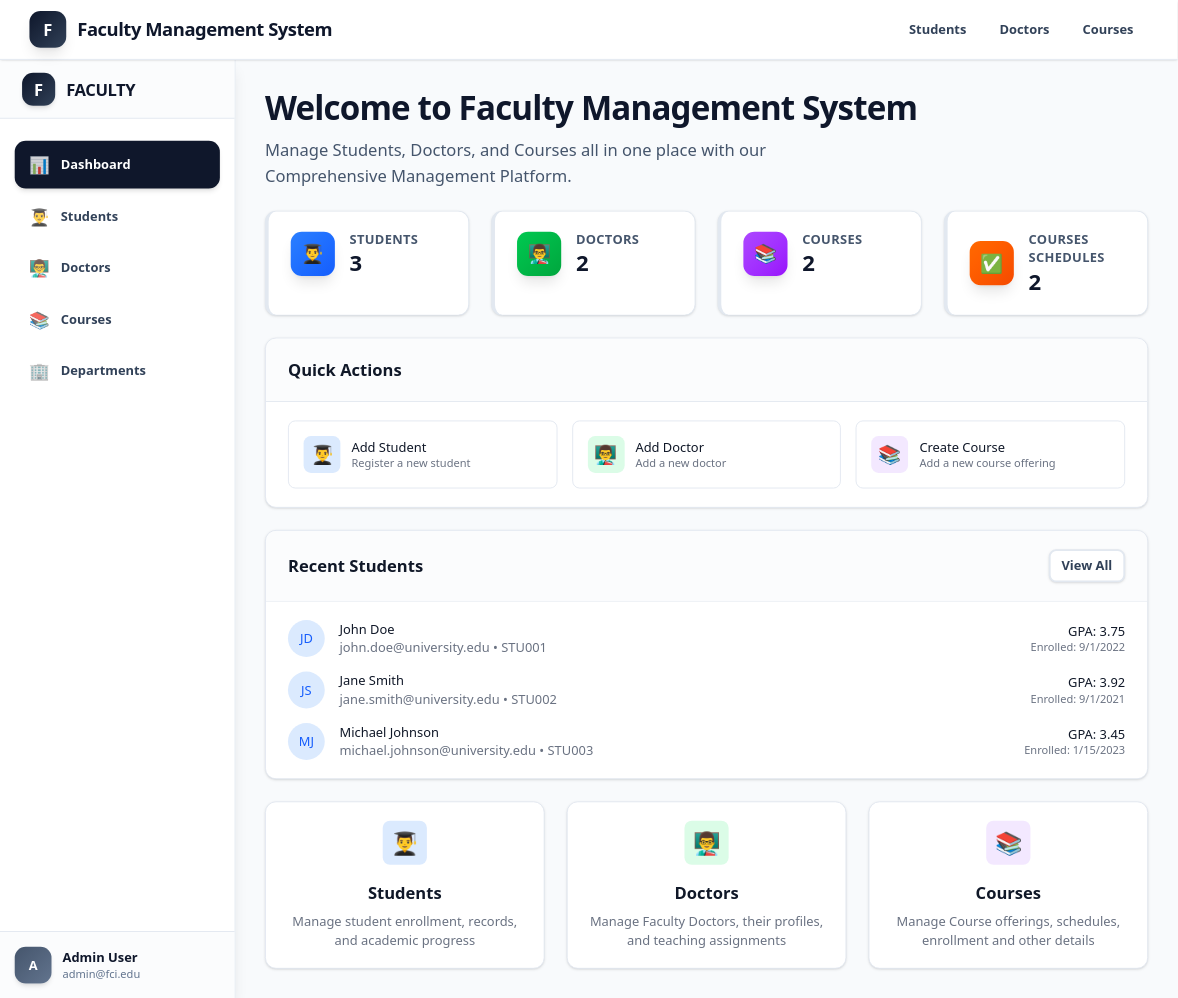
Repository: Mohamedmohsen179/Advanced-DB-Task
Page: / (app in frontend/)
These files come from the project's save history. The page is drawn as it stood at one moment and after the next save; the edit follows.
The browser window is 1280 px wide. The pictures show the whole page, at 92% of full size.
The project was rebuilt for these pictures with package versions that can differ from the ones it lists, and the page was loaded fresh each time. The framework's server and built-in components were replaced by stand-ins that run in the browser. Settings that the repository does not hold, such as keys and server addresses, were given made-up values. Also part of the build but not shown: frontend/next.config.ts.

Above is the page before, as saved 2025-11-28 21:31:30.

### frontend/app/layout.tsx
import type { Metadata } from "next";
import { Geist, Geist_Mono } from "next/font/google";
import "./globals.css";
import MainLayout from "../components/layout/MainLayout";

const geistSans = Geist({
  variable: "--font-geist-sans",
  subsets: ["latin"],
});

const geistMono = Geist_Mono({
  variable: "--font-geist-mono",
  subsets: ["latin"],
});

export const metadata: Metadata = {
  title: "University Management System",
  description: "A comprehensive university management system built with Next.js and TypeScript",
};

export default function RootLayout({
  children,
}: Readonly<{
  children: React.ReactNode;
}>) {
  return (
    <html lang="en">
      <body
        className={`${geistSans.variable} ${geistMono.variable} antialiased`}
      >
        <MainLayout>{children}</MainLayout>
      </body>
    </html>
  );
}

### frontend/app/page.tsx
'use client';

import { useState, useEffect } from 'react';
import Link from 'next/link';
import { Student, CourseWithSchedule } from '../types';
import { apiService } from '../services/api';
import { Card, CardContent, CardHeader } from '../components/ui/Card';
import Button from '../components/ui/Button';

export default function Home() {
  const [stats, setStats] = useState({
    studentsCount: 0,
    doctorsCount: 0,
    coursesCount: 0,
    activeCoursesCount: 0,
  });
  const [recentStudents, setRecentStudents] = useState<Student[]>([]);
  const [loading, setLoading] = useState(true);

  useEffect(() => {
    loadDashboardData();
  }, []);

  const loadDashboardData = async () => {
    try {
      setLoading(true);

      // Load all data in parallel
      const [studentsResponse, doctorsResponse, coursesResponse] = await Promise.all([
        apiService.getStudents(),
        apiService.getDoctors(),
        apiService.getCourses(),
      ]);

      if (studentsResponse.success && doctorsResponse.success && coursesResponse.success) {
        setStats({
          studentsCount: studentsResponse.data.length,
          doctorsCount: doctorsResponse.data.length,
          coursesCount: coursesResponse.data.length,
          activeCoursesCount: coursesResponse.data.filter((course: CourseWithSchedule) => course.status === 'active').length,
        });

        // Get recent students (last 3)
        setRecentStudents(studentsResponse.data.slice(0, 3));
      }
    } catch (err) {
      console.error('Error loading dashboard data:', err);
    } finally {
      setLoading(false);
    }
  };

  if (loading) {
    return (
      <div className="flex items-center justify-center py-12">
        <div className="animate-spin rounded-full h-8 w-8 border-b-2 border-blue-600"></div>
        <span className="ml-2 text-gray-600">Loading dashboard...</span>
      </div>
    );
  }

  return (
    <div className="space-y-6">
      {/* Welcome Header */}
      <div className="text-center lg:text-left">
        <h1 className="text-4xl font-bold text-slate-900 tracking-tight">Welcome to Faculty Management System</h1>
        <p className="mt-3 text-lg text-slate-600 max-w-2xl">
          Manage Students, Doctors, and Courses all in one place with our Comprehensive Management Platform.
        </p>
      </div>

      {/* Stats Cards */}
      <div className="grid grid-cols-1 md:grid-cols-2 lg:grid-cols-4 gap-6">
        <Card className="hover:shadow-lg transition-all duration-300 border-l-4 border-l-blue-500">
          <CardContent className="p-6">
            <div className="flex items-center">
              <div className="flex-shrink-0">
                <div className="w-12 h-12 bg-gradient-to-br from-blue-500 to-blue-600 rounded-xl flex items-center justify-center shadow-lg">
                  <span className="text-white text-xl">👨‍🎓</span>
                </div>
              </div>
              <div className="ml-4">
                <p className="text-sm font-semibold text-slate-600 uppercase tracking-wide">Students</p>
                <p className="text-2xl font-bold text-slate-900">{stats.studentsCount}</p>
              </div>
            </div>
          </CardContent>
        </Card>

        <Card className="hover:shadow-lg transition-all duration-300 border-l-4 border-l-green-500">
          <CardContent className="p-6">
            <div className="flex items-center">
              <div className="flex-shrink-0">
                <div className="w-12 h-12 bg-gradient-to-br from-green-500 to-green-600 rounded-xl flex items-center justify-center shadow-lg">
                  <span className="text-white text-xl">👨‍🏫</span>
                </div>
              </div>
              <div className="ml-4">
                <p className="text-sm font-semibold text-slate-600 uppercase tracking-wide">Doctors</p>
                <p className="text-2xl font-bold text-slate-900">{stats.doctorsCount}</p>
              </div>
            </div>
          </CardContent>
        </Card>

        <Card className="hover:shadow-lg transition-all duration-300 border-l-4 border-l-purple-500">
          <CardContent className="p-6">
            <div className="flex items-center">
              <div className="flex-shrink-0">
                <div className="w-12 h-12 bg-gradient-to-br from-purple-500 to-purple-600 rounded-xl flex items-center justify-center shadow-lg">
                  <span className="text-white text-xl">📚</span>
                </div>
              </div>
              <div className="ml-4">
                <p className="text-sm font-semibold text-slate-600 uppercase tracking-wide">Courses</p>
                <p className="text-2xl font-bold text-slate-900">{stats.coursesCount}</p>
              </div>
            </div>
          </CardContent>
        </Card>

        <Card className="hover:shadow-lg transition-all duration-300 border-l-4 border-l-orange-500">
          <CardContent className="p-6">
            <div className="flex items-center">
              <div className="flex-shrink-0">
                <div className="w-12 h-12 bg-gradient-to-br from-orange-500 to-orange-600 rounded-xl flex items-center justify-center shadow-lg">
                  <span className="text-white text-xl">✅</span>
                </div>
              </div>
              <div className="ml-4">
                <p className="text-sm font-semibold text-slate-600 uppercase tracking-wide">Courses Schedules</p>
                <p className="text-2xl font-bold text-slate-900">{stats.activeCoursesCount}</p>
              </div>
            </div>
          </CardContent>
        </Card>
      </div>

      {/* Quick Actions */}
      <Card>
        <CardHeader>
          <h2 className="text-lg font-semibold text-gray-900 ">Quick Actions</h2>
        </CardHeader>
        <CardContent>
          <div className="grid grid-cols-1 md:grid-cols-3 gap-4 ">
            <Link href="/students/new">
              <div className="p-4 border border-gray-200 rounded-lg hover:bg-gray-50 transition-colors cursor-pointer">
                <div className="flex items-center">
                  <div className="w-10 h-10 bg-blue-100 rounded-lg flex items-center justify-center">
                    <span className="text-blue-600 text-xl " >👨‍🎓</span>
                  </div>
                  <div className="ml-3">
                    <h3 className="text-sm font-medium text-gray-900">Add Student</h3>
                    <p className="text-xs text-gray-500">Register a new student</p>
                  </div>
                </div>
              </div>
            </Link>

            <Link href="/doctors/new">
              <div className="p-4 border border-gray-200 rounded-lg hover:bg-gray-50 transition-colors cursor-pointer">
                <div className="flex items-center">
                  <div className="w-10 h-10 bg-green-100 rounded-lg flex items-center justify-center">
                    <span className="text-green-600 text-xl">👨‍🏫</span>
                  </div>
                  <div className="ml-3">
                    <h3 className="text-sm font-medium text-gray-900">Add Doctor</h3>
                    <p className="text-xs text-gray-500">Add a new doctor</p>
                  </div>
                </div>
              </div>
            </Link>

            <Link href="/courses/new">
              <div className="p-4 border border-gray-200 rounded-lg hover:bg-gray-50 transition-colors cursor-pointer">
                <div className="flex items-center">
                  <div className="w-10 h-10 bg-purple-100 rounded-lg flex items-center justify-center">
                    <span className="text-purple-600 text-xl">📚</span>
                  </div>
                  <div className="ml-3">
                    <h3 className="text-sm font-medium text-gray-900">Create Course</h3>
                    <p className="text-xs text-gray-500">Add a new course offering</p>
                  </div>
                </div>
              </div>
            </Link>
          </div>
        </CardContent>
      </Card>

      {/* Recent Students */}
      {recentStudents.length > 0 && (
        <Card>
          <CardHeader>
            <div className="flex items-center justify-between">
              <h2 className="text-lg font-semibold text-gray-900">Recent Students</h2>
              <Link href="/students">
                <Button variant="outline" size="sm">View All</Button>
              </Link>
            </div>
          </CardHeader>
          <CardContent>
            <div className="space-y-4">
              {recentStudents.map((student) => (
                <div key={student.id} className="flex items-center justify-between">
                  <div className="flex items-center">
                    <div className="flex-shrink-0 h-10 w-10">
                      <div className="h-10 w-10 rounded-full bg-blue-100 flex items-center justify-center">
                        <span className="text-blue-600 font-medium text-sm">
                          {student.firstName.charAt(0)}{student.lastName.charAt(0)}
                        </span>
                      </div>
                    </div>
                    <div className="ml-4">
                      <div className="text-sm font-medium text-gray-900">
                        {student.firstName} {student.lastName}
                      </div>
                      <div className="text-sm text-gray-500">
                        {student.email} • {student.studentId}
                      </div>
                    </div>
                  </div>
                  <div className="text-right">
                    <div className="text-sm text-gray-900">
                      {student.gpa ? `GPA: ${student.gpa.toFixed(2)}` : 'No GPA'}
                    </div>
                    <div className="text-xs text-gray-500">
                      Enrolled: {new Date(student.enrollmentDate).toLocaleDateString()}
                    </div>
                  </div>
                </div>
              ))}
            </div>
          </CardContent>
        </Card>
      )}

      {/* Navigation Cards */}
      <div className="grid grid-cols-1 md:grid-cols-3 gap-6">
        <Link href="/students">
          <Card className="hover:shadow-md transition-shadow cursor-pointer">
            <CardContent className="p-6 text-center">
              <div className="w-12 h-12 bg-blue-100 rounded-lg flex items-center justify-center mx-auto mb-4">
                <span className="text-blue-600 text-2xl">👨‍🎓</span>
              </div>
              <h3 className="text-lg font-semibold text-gray-900 mb-2">Students</h3>
              <p className="text-sm text-gray-500">
                Manage student enrollment, records, and academic progress
              </p>
            </CardContent>
          </Card>
        </Link>

        <Link href="/doctors">
          <Card className="hover:shadow-md transition-shadow cursor-pointer">
            <CardContent className="p-6 text-center">
              <div className="w-12 h-12 bg-green-100 rounded-lg flex items-center justify-center mx-auto mb-4">
                <span className="text-green-600 text-2xl">👨‍🏫</span>
              </div>
              <h3 className="text-lg font-semibold text-gray-900 mb-2">Doctors</h3>
              <p className="text-sm text-gray-500">
                Manage Faculty Doctors, their profiles, and teaching assignments
              </p>
            </CardContent>
          </Card>
        </Link>

        <Link href="/courses">
          <Card className="hover:shadow-md transition-shadow cursor-pointer">
            <CardContent className="p-6 text-center">
              <div className="w-12 h-12 bg-purple-100 rounded-lg flex items-center justify-center mx-auto mb-4">
                <span className="text-purple-600 text-2xl">📚</span>
              </div>
              <h3 className="text-lg font-semibold text-gray-900 mb-2">Courses</h3>
              <p className="text-sm text-gray-500">
                Manage Course offerings, schedules, enrollment and other details
              </p>
            </CardContent>
          </Card>
        </Link>
      </div>
    </div>
  );
}

### frontend/app/globals.css
@import "tailwindcss";

:root {
  --background: #fafafa;
  --foreground: #0f172a;
  --primary: #2563eb;
  --primary-foreground: #ffffff;
  --secondary: #f1f5f9;
  --secondary-foreground: #334155;
  --muted: #f8fafc;
  --muted-foreground: #64748b;
  --accent: #f1f5f9;
  --accent-foreground: #0f172a;
  --border: #e2e8f0;
  --input: #ffffff;
  --ring: #2563eb;
  --radius: 0.5rem;
}

@theme inline {
  --color-background: var(--background);
  --color-foreground: var(--foreground);
  --font-sans: var(--font-geist-sans);
  --font-mono: var(--font-geist-mono);
}

@media (prefers-color-scheme: dark) {
  :root {
    --background: #020617;
    --foreground: #f8fafc;
    --primary: #3b82f6;
    --primary-foreground: #f8fafc;
    --secondary: #1e293b;
    --secondary-foreground: #f8fafc;
    --muted: #1e293b;
    --muted-foreground: #94a3b8;
    --accent: #1e293b;
    --accent-foreground: #f8fafc;
    --border: #334155;
    --input: #1e293b;
    --ring: #3b82f6;
  }
}

* {
  border-color: var(--border);
}

body {
  background: var(--background);
  color: var(--foreground);
  font-family: var(--font-sans), system-ui, -apple-system, sans-serif;
  line-height: 1.6;
  -webkit-font-smoothing: antialiased;
  -moz-osx-font-smoothing: grayscale;
}

::-webkit-scrollbar {
  width: 8px;
  height: 8px;
}

::-webkit-scrollbar-track {
  background: var(--muted);
}

::-webkit-scrollbar-thumb {
  background: var(--muted-foreground);
  border-radius: 4px;
}

::-webkit-scrollbar-thumb:hover {
  background: var(--foreground);
}

/* Focus styles */
.focus-visible {
  outline: 2px solid var(--ring);
  outline-offset: 2px;
}

/* Professional shadows */
.shadow-professional {
  box-shadow: 0 1px 3px 0 rgb(0 0 0 / 0.1), 0 1px 2px -1px rgb(0 0 0 / 0.1);
}

.shadow-professional-lg {
  box-shadow: 0 10px 15px -3px rgb(0 0 0 / 0.1), 0 4px 6px -4px rgb(0 0 0 / 0.1);
}

### frontend/components/layout/MainLayout.tsx
'use client';

import { useState } from 'react';
import Navbar from './Navbar';
import Sidebar from './Sidebar';

interface MainLayoutProps {
  children: React.ReactNode;
}

export default function MainLayout({ children }: MainLayoutProps) {
  const [sidebarOpen, setSidebarOpen] = useState(false);

  return (
    <div className="min-h-screen bg-slate-50">
      <Navbar />

      <div className="flex">
        <Sidebar
          isOpen={sidebarOpen}
          onClose={() => setSidebarOpen(false)}
        />

        <div className="flex-1 lg:ml-0">
          <div className="lg:hidden">
            <button
              onClick={() => setSidebarOpen(true)}
              className="fixed top-20 left-4 z-10 bg-white p-3 rounded-xl shadow-professional border border-slate-200 hover:shadow-professional-lg transition-all duration-200"
            >
              <svg className="w-5 h-5 text-slate-600" fill="none" stroke="currentColor" viewBox="0 0 24 24">
                <path strokeLinecap="round" strokeLinejoin="round" strokeWidth={2} d="M4 6h16M4 12h16M4 18h16" />
              </svg>
            </button>
          </div>

          <main className="p-6 lg:p-8">
            <div className="max-w-7xl mx-auto">
              {children}
            </div>
          </main>
        </div>
      </div>
    </div>
  );
}

### frontend/components/ui/Card.tsx
import { HTMLAttributes, forwardRef } from 'react';

interface CardProps extends HTMLAttributes<HTMLDivElement> {
  children: React.ReactNode;
}

const Card = forwardRef<HTMLDivElement, CardProps>(
  ({ className = '', children, ...props }, ref) => {
    return (
      <div
        ref={ref}
        className={`bg-white rounded-xl border border-slate-200 shadow-professional hover:shadow-professional-lg transition-shadow duration-200 ${className}`}
        {...props}
      >
        {children}
      </div>
    );
  }
);

Card.displayName = 'Card';

interface CardHeaderProps extends HTMLAttributes<HTMLDivElement> {
  children: React.ReactNode;
}

const CardHeader = forwardRef<HTMLDivElement, CardHeaderProps>(
  ({ className = '', children, ...props }, ref) => {
    return (
      <div
        ref={ref}
        className={`px-6 py-5 border-b border-slate-200 bg-slate-50/50 rounded-t-xl ${className}`}
        {...props}
      >
        {children}
      </div>
    );
  }
);

CardHeader.displayName = 'CardHeader';

interface CardContentProps extends HTMLAttributes<HTMLDivElement> {
  children: React.ReactNode;
}

const CardContent = forwardRef<HTMLDivElement, CardContentProps>(
  ({ className = '', children, ...props }, ref) => {
    return (
      <div
        ref={ref}
        className={`px-6 py-5 ${className}`}
        {...props}
      >
        {children}
      </div>
    );
  }
);

CardContent.displayName = 'CardContent';

interface CardFooterProps extends HTMLAttributes<HTMLDivElement> {
  children: React.ReactNode;
}

const CardFooter = forwardRef<HTMLDivElement, CardFooterProps>(
  ({ className = '', children, ...props }, ref) => {
    return (
      <div
        ref={ref}
        className={`px-6 py-5 border-t border-slate-200 bg-slate-50 rounded-b-xl ${className}`}
        {...props}
      >
        {children}
      </div>
    );
  }
);

CardFooter.displayName = 'CardFooter';

export { Card, CardHeader, CardContent, CardFooter };

Loaded but not shown: frontend/services/api.ts (539 lines, source omitted); frontend/components/layout/Sidebar.tsx (152 lines, source omitted); frontend/components/layout/Navbar.tsx (95 lines, source omitted); frontend/components/ui/Button.tsx (47 lines, source omitted)

After the next save:
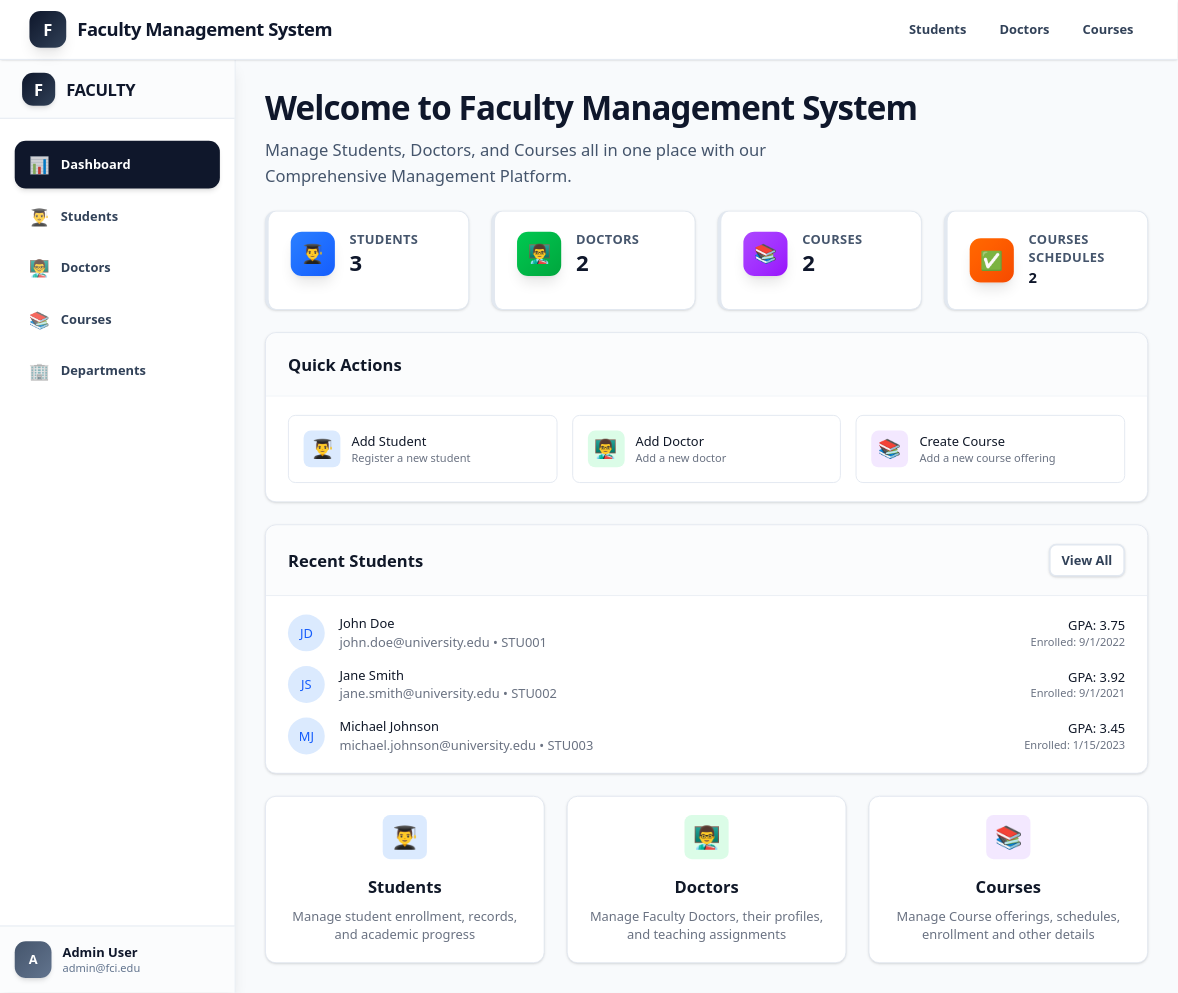
Saved 16 s later.
--- a/frontend/app/page.tsx
+++ b/frontend/app/page.tsx
@@ -129,7 +129,7 @@ export default function Home() {
               </div>
               <div className="ml-4">
                 <p className="text-sm font-semibold text-slate-600 uppercase tracking-wide">Courses Schedules</p>
-                <p className="text-2xl font-bold text-slate-900">{stats.activeCoursesCount}</p>
+                <p className="text-1xl font-bold text-slate-900">{stats.activeCoursesCount}</p>
               </div>
             </div>
           </CardContent>

After the save that followed:
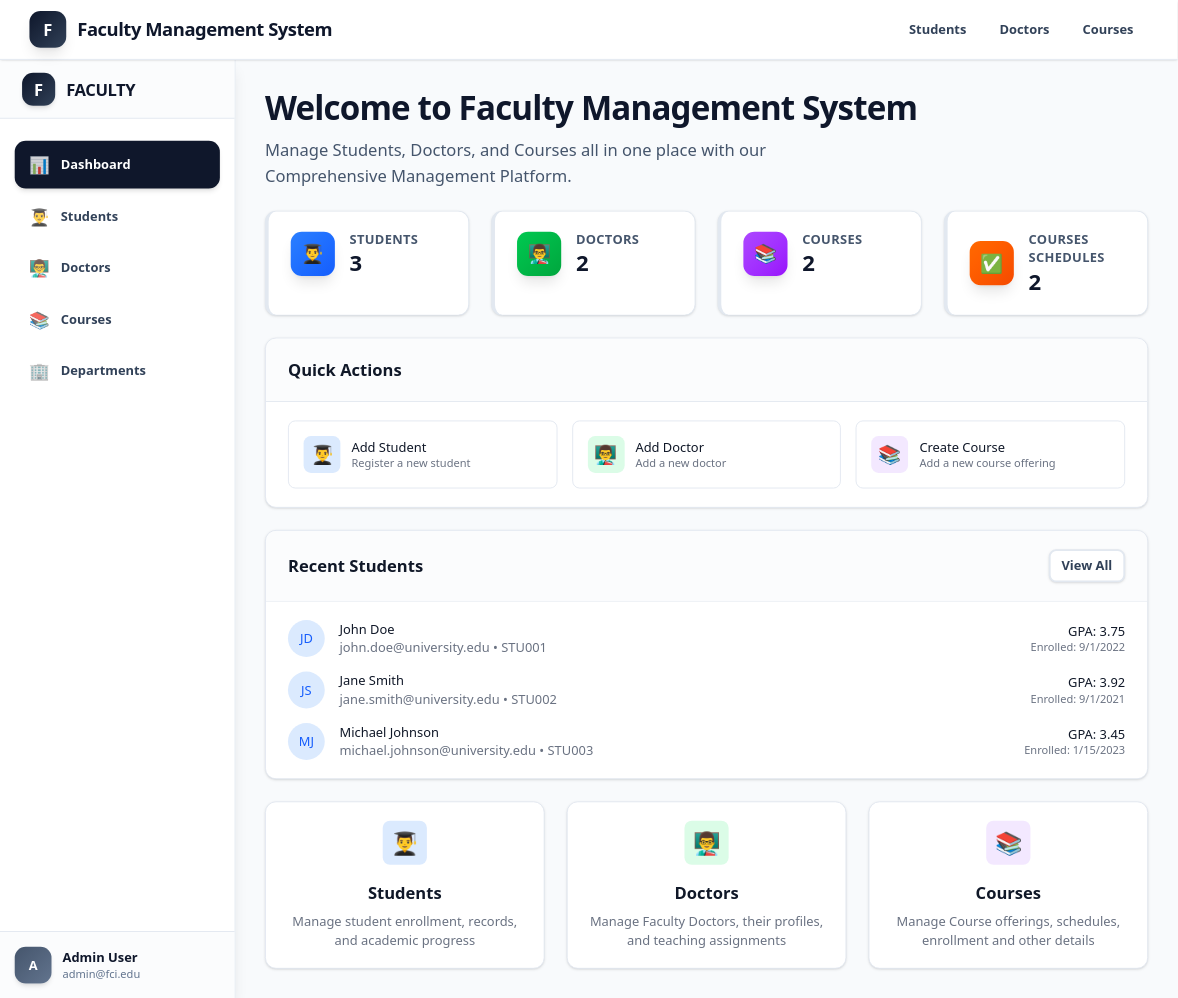
Saved 5 s later.
--- a/frontend/app/page.tsx
+++ b/frontend/app/page.tsx
@@ -129,7 +129,7 @@ export default function Home() {
               </div>
               <div className="ml-4">
                 <p className="text-sm font-semibold text-slate-600 uppercase tracking-wide">Courses Schedules</p>
-                <p className="text-1xl font-bold text-slate-900">{stats.activeCoursesCount}</p>
+                <p className="text-2xl font-bold text-slate-900">{stats.activeCoursesCount}</p>
               </div>
             </div>
           </CardContent>
